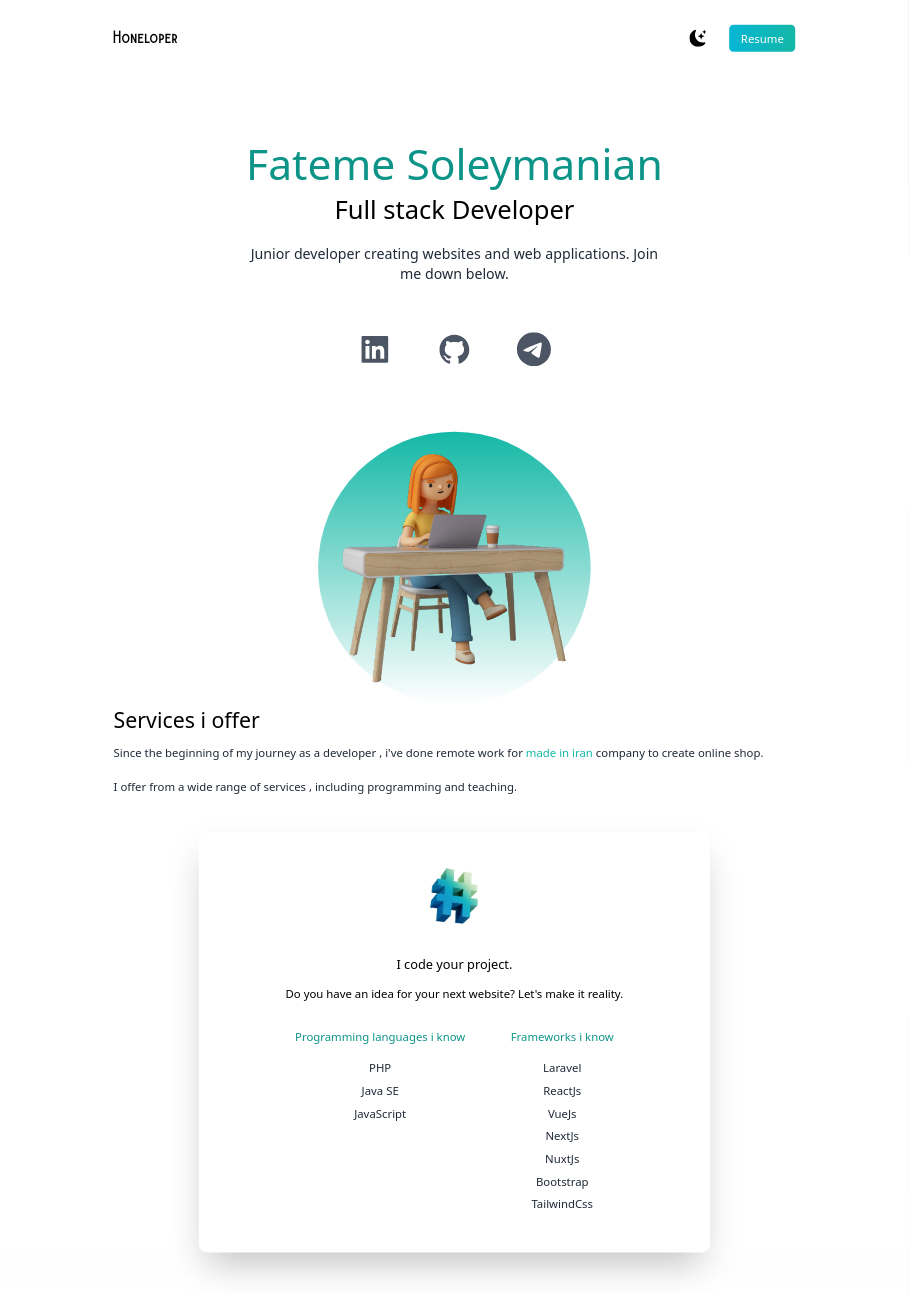
Repository: fatemesoleymanian/portfolio
Page: /
The author's editor kept a copy of each file at every save. The page is drawn from the files as they stood at one save, then again after the next save.
The browser window is 1280 px wide. The pictures show the whole page, at 71% of full size.
The project was rebuilt for these pictures with package versions that can differ from the ones it lists, and the page was loaded fresh each time. The framework's server and built-in components were replaced by stand-ins that run in the browser. Also part of the build but not shown: next.config.js.

Above is the page before, as saved 2023-03-10 18:55:26.

After the next save:
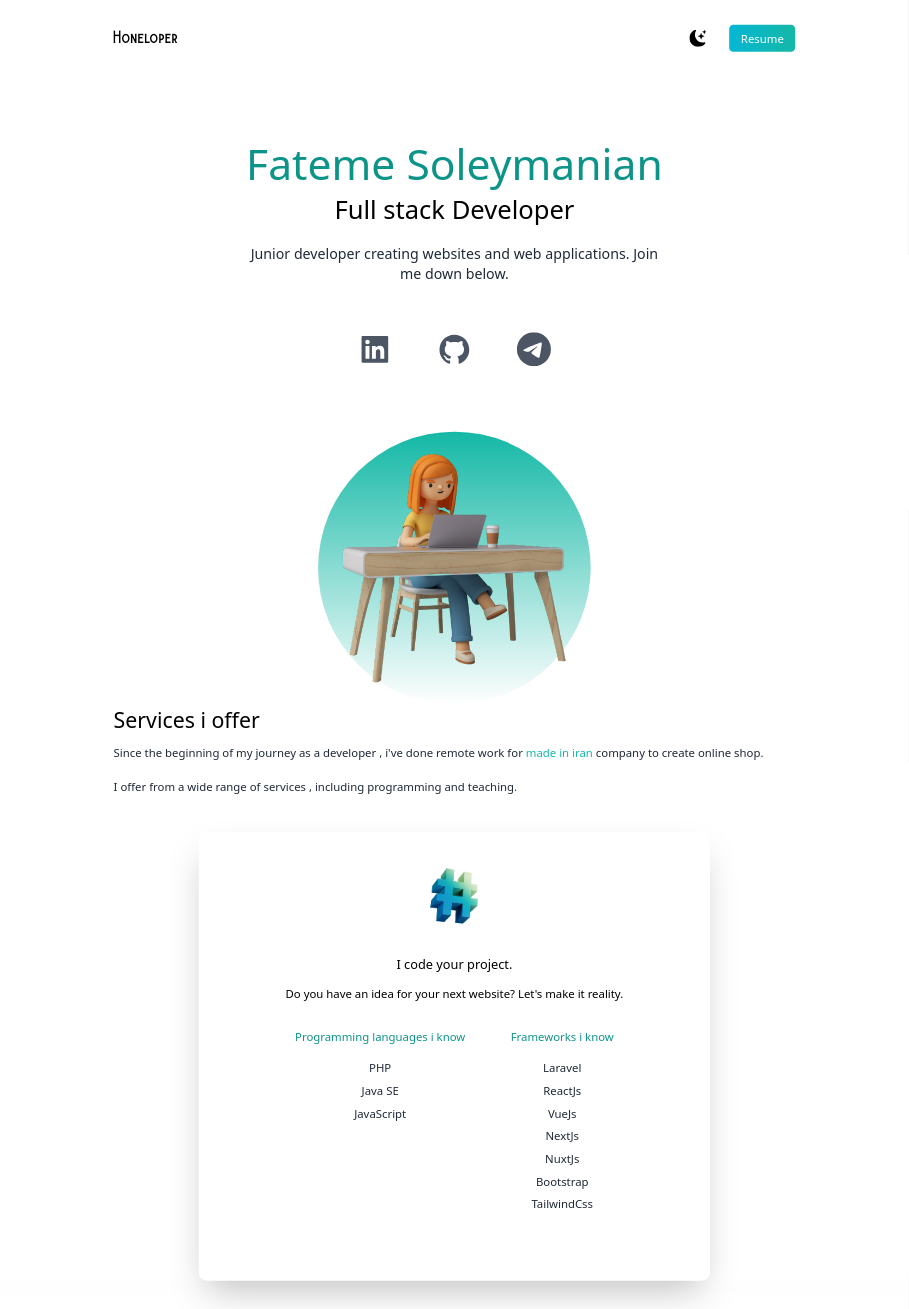
Saved 31 s later.
--- a/pages/index.js
+++ b/pages/index.js
@@ -69,7 +69,7 @@ export default function Home() {
             </p>
           </div>
           <div>
-            <div className='md:mx-auto text-center shadow-2xl p-10 rounded-xl my-10 md:w-9/12 md:mb-14'>
+            <div className='md:mx-auto text-center shadow-2xl p-10 rounded-xl my-10 md:w-9/12 md:pb-20'>
               <Image src={code} width={100} height={100} className="mx-auto"/>
               <h3 className='text-lg font-medium pt-8 pb-2 dark:text-gray-100'>
                 I code your project.
